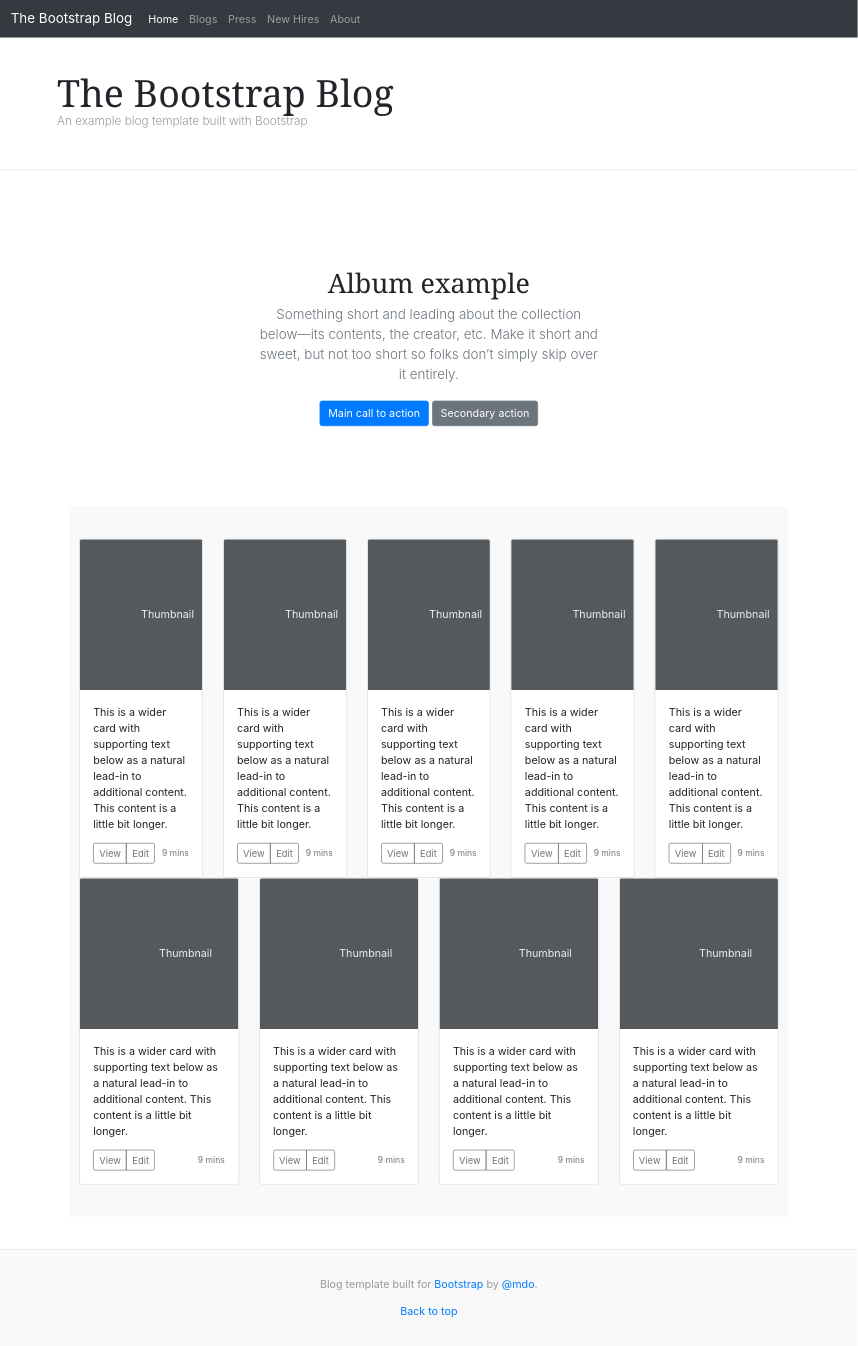
Repository: AshokSasi/CopyNPasta-Recycle-App
Page: resources/views/home/index.blade.php
The author's editor kept a copy of each file at every save. The page is drawn from the files as they stood at one save, then again after the next save.
The browser window is 1280 px wide. The pictures show the whole page, at 67% of full size.
The page is served by the project's Laravel application, run on PHP 8.4 with Laravel 8. Other server files are loaded and not shown. The template is opened directly, without the code that normally fills it, so the values that code supplies are empty.

Above is the page before, as saved 2021-09-25 11:19:44.

### routes/web.php
<?php


Route::get('/','HomeController@index');

Route::get('/posts/index','PostsController@index');

Route::get('/posts/create','PostsController@create');

Route::post('/posts','PostsController@store');


Route::get('/posts/{post}','PostsController@show');

Route::post('/posts/{post}/comments','CommentsController@store');

### resources/views/home/index.blade.php
@extends('layouts.master')

@section('content')



<main>

  <section class="py-5 text-center container">
    <div class="row py-lg-5">
      <div class="col-lg-6 col-md-8 mx-auto">
        <h1 class="fw-light">Album example</h1>
        <p class="lead text-muted">Something short and leading about the collection below—its contents, the creator, etc. Make it short and sweet, but not too short so folks don’t simply skip over it entirely.</p>
        <p>
          <a href="#" class="btn btn-primary my-2">Main call to action</a>
          <a href="#" class="btn btn-secondary my-2">Secondary action</a>
        </p>
      </div>
    </div>
  </section>

  <div class="album py-5 bg-light">
    <div class="container">

      <div class="row row-cols-1 row-cols-sm-2 row-cols-md-3 g-3">
        <div class="col">
          <div class="card shadow-sm">
            <svg class="bd-placeholder-img card-img-top" width="100%" height="225" xmlns="http://www.w3.org/2000/svg" role="img" aria-label="Placeholder: Thumbnail" preserveAspectRatio="xMidYMid slice" focusable="false"><title>Placeholder</title><rect width="100%" height="100%" fill="#55595c"/><text x="50%" y="50%" fill="#eceeef" dy=".3em">Thumbnail</text></svg>

            <div class="card-body">
              <p class="card-text">This is a wider card with supporting text below as a natural lead-in to additional content. This content is a little bit longer.</p>
              <div class="d-flex justify-content-between align-items-center">
                <div class="btn-group">
                  <button type="button" class="btn btn-sm btn-outline-secondary">View</button>
                  <button type="button" class="btn btn-sm btn-outline-secondary">Edit</button>
                </div>
                <small class="text-muted">9 mins</small>
              </div>
            </div>
          </div>
        </div>
        <div class="col">
          <div class="card shadow-sm">
            <svg class="bd-placeholder-img card-img-top" width="100%" height="225" xmlns="http://www.w3.org/2000/svg" role="img" aria-label="Placeholder: Thumbnail" preserveAspectRatio="xMidYMid slice" focusable="false"><title>Placeholder</title><rect width="100%" height="100%" fill="#55595c"/><text x="50%" y="50%" fill="#eceeef" dy=".3em">Thumbnail</text></svg>

            <div class="card-body">
              <p class="card-text">This is a wider card with supporting text below as a natural lead-in to additional content. This content is a little bit longer.</p>
              <div class="d-flex justify-content-between align-items-center">
                <div class="btn-group">
                  <button type="button" class="btn btn-sm btn-outline-secondary">View</button>
                  <button type="button" class="btn btn-sm btn-outline-secondary">Edit</button>
                </div>
                <small class="text-muted">9 mins</small>
              </div>
            </div>
          </div>
        </div>
        <div class="col">
          <div class="card shadow-sm">
            <svg class="bd-placeholder-img card-img-top" width="100%" height="225" xmlns="http://www.w3.org/2000/svg" role="img" aria-label="Placeholder: Thumbnail" preserveAspectRatio="xMidYMid slice" focusable="false"><title>Placeholder</title><rect width="100%" height="100%" fill="#55595c"/><text x="50%" y="50%" fill="#eceeef" dy=".3em">Thumbnail</text></svg>

            <div class="card-body">
              <p class="card-text">This is a wider card with supporting text below as a natural lead-in to additional content. This content is a little bit longer.</p>
              <div class="d-flex justify-content-between align-items-center">
                <div class="btn-group">
                  <button type="button" class="btn btn-sm btn-outline-secondary">View</button>
                  <button type="button" class="btn btn-sm btn-outline-secondary">Edit</button>
                </div>
                <small class="text-muted">9 mins</small>
              </div>
            </div>
          </div>
        </div>

        <div class="col">
          <div class="card shadow-sm">
            <svg class="bd-placeholder-img card-img-top" width="100%" height="225" xmlns="http://www.w3.org/2000/svg" role="img" aria-label="Placeholder: Thumbnail" preserveAspectRatio="xMidYMid slice" focusable="false"><title>Placeholder</title><rect width="100%" height="100%" fill="#55595c"/><text x="50%" y="50%" fill="#eceeef" dy=".3em">Thumbnail</text></svg>

            <div class="card-body">
              <p class="card-text">This is a wider card with supporting text below as a natural lead-in to additional content. This content is a little bit longer.</p>
              <div class="d-flex justify-content-between align-items-center">
                <div class="btn-group">
                  <button type="button" class="btn btn-sm btn-outline-secondary">View</button>
                  <button type="button" class="btn btn-sm btn-outline-secondary">Edit</button>
                </div>
                <small class="text-muted">9 mins</small>
              </div>
            </div>
          </div>
        </div>
        <div class="col">
          <div class="card shadow-sm">
            <svg class="bd-placeholder-img card-img-top" width="100%" height="225" xmlns="http://www.w3.org/2000/svg" role="img" aria-label="Placeholder: Thumbnail" preserveAspectRatio="xMidYMid slice" focusable="false"><title>Placeholder</title><rect width="100%" height="100%" fill="#55595c"/><text x="50%" y="50%" fill="#eceeef" dy=".3em">Thumbnail</text></svg>

            <div class="card-body">
              <p class="card-text">This is a wider card with supporting text below as a natural lead-in to additional content. This content is a little bit longer.</p>
              <div class="d-flex justify-content-between align-items-center">
                <div class="btn-group">
                  <button type="button" class="btn btn-sm btn-outline-secondary">View</button>
                  <button type="button" class="btn btn-sm btn-outline-secondary">Edit</button>
                </div>
                <small class="text-muted">9 mins</small>
              </div>
            </div>
          </div>
        </div>
        <div class="col">
          <div class="card shadow-sm">
            <svg class="bd-placeholder-img card-img-top" width="100%" height="225" xmlns="http://www.w3.org/2000/svg" role="img" aria-label="Placeholder: Thumbnail" preserveAspectRatio="xMidYMid slice" focusable="false"><title>Placeholder</title><rect width="100%" height="100%" fill="#55595c"/><text x="50%" y="50%" fill="#eceeef" dy=".3em">Thumbnail</text></svg>

            <div class="card-body">
              <p class="card-text">This is a wider card with supporting text below as a natural lead-in to additional content. This content is a little bit longer.</p>
              <div class="d-flex justify-content-between align-items-center">
                <div class="btn-group">
                  <button type="button" class="btn btn-sm btn-outline-secondary">View</button>
                  <button type="button" class="btn btn-sm btn-outline-secondary">Edit</button>
                </div>
                <small class="text-muted">9 mins</small>
              </div>
            </div>
          </div>
        </div>

        <div class="col">
          <div class="card shadow-sm">
            <svg class="bd-placeholder-img card-img-top" width="100%" height="225" xmlns="http://www.w3.org/2000/svg" role="img" aria-label="Placeholder: Thumbnail" preserveAspectRatio="xMidYMid slice" focusable="false"><title>Placeholder</title><rect width="100%" height="100%" fill="#55595c"/><text x="50%" y="50%" fill="#eceeef" dy=".3em">Thumbnail</text></svg>

            <div class="card-body">
              <p class="card-text">This is a wider card with supporting text below as a natural lead-in to additional content. This content is a little bit longer.</p>
              <div class="d-flex justify-content-between align-items-center">
                <div class="btn-group">
                  <button type="button" class="btn btn-sm btn-outline-secondary">View</button>
                  <button type="button" class="btn btn-sm btn-outline-secondary">Edit</button>
                </div>
                <small class="text-muted">9 mins</small>
              </div>
            </div>
          </div>
        </div>
        <div class="col">
          <div class="card shadow-sm">
            <svg class="bd-placeholder-img card-img-top" width="100%" height="225" xmlns="http://www.w3.org/2000/svg" role="img" aria-label="Placeholder: Thumbnail" preserveAspectRatio="xMidYMid slice" focusable="false"><title>Placeholder</title><rect width="100%" height="100%" fill="#55595c"/><text x="50%" y="50%" fill="#eceeef" dy=".3em">Thumbnail</text></svg>

            <div class="card-body">
              <p class="card-text">This is a wider card with supporting text below as a natural lead-in to additional content. This content is a little bit longer.</p>
              <div class="d-flex justify-content-between align-items-center">
                <div class="btn-group">
                  <button type="button" class="btn btn-sm btn-outline-secondary">View</button>
                  <button type="button" class="btn btn-sm btn-outline-secondary">Edit</button>
                </div>
                <small class="text-muted">9 mins</small>
              </div>
            </div>
          </div>
        </div>
        <div class="col">
          <div class="card shadow-sm">
            <svg class="bd-placeholder-img card-img-top" width="100%" height="225" xmlns="http://www.w3.org/2000/svg" role="img" aria-label="Placeholder: Thumbnail" preserveAspectRatio="xMidYMid slice" focusable="false"><title>Placeholder</title><rect width="100%" height="100%" fill="#55595c"/><text x="50%" y="50%" fill="#eceeef" dy=".3em">Thumbnail</text></svg>

            <div class="card-body">
              <p class="card-text">This is a wider card with supporting text below as a natural lead-in to additional content. This content is a little bit longer.</p>
              <div class="d-flex justify-content-between align-items-center">
                <div class="btn-group">
                  <button type="button" class="btn btn-sm btn-outline-secondary">View</button>
                  <button type="button" class="btn btn-sm btn-outline-secondary">Edit</button>
                </div>
                <small class="text-muted">9 mins</small>
              </div>
            </div>
          </div>
        </div>
      </div>
    </div>
  </div>

</main>


@endsection

### resources/views/layouts/master.blade.php

<!doctype html>
<html lang="en">
  <head>
    <meta charset="utf-8">
    <meta name="viewport" content="width=device-width, initial-scale=1, shrink-to-fit=no">
    <meta name="description" content="">
    <meta name="author" content="">
    <link rel="icon" href="/docs/4.0/assets/img/favicons/favicon.ico">

    <title>The Bootstrap Blog</title>

    <link rel="canonical" href="https://getbootstrap.com/docs/4.0/examples/album/">

    <!-- Bootstrap core CSS -->
    <link rel="stylesheet" href="https://maxcdn.bootstrapcdn.com/bootstrap/4.0.0/css/bootstrap.min.css"
    integrity="sha384-Gn5384xqQ1aoWXA+058RXPxPg6fy4IWvTNh0E263XmFcJlSAwiGgFAW/dAiS6JXm" crossorigin="anonymous">

    <!-- Custom styles for this template -->
    <link href="/css/app.css" rel="stylesheet">
  </head>

  <body>

    <header>


    @include('layouts.nav')


    </header>

<div class="container p-3 p-md-5">
  <div class="row">
    @yield('content')

  </div>

</div>
@include('layouts.footer')

    <!-- Bootstrap core JavaScript
    ================================================== -->
    <!-- Placed at the end of the document so the pages load faster -->

  </body>
</html>

### resources/views/layouts/nav.blade.php
<nav class="navbar navbar-expand-lg navbar-dark bg-dark">
  <a class="navbar-brand" href="#">The Bootstrap Blog</a>
  <button class="navbar-toggler" type="button" data-toggle="collapse" data-target="#navbarSupportedContent" aria-controls="navbarSupportedContent" aria-expanded="false" aria-label="Toggle navigation">
    <span class="navbar-toggler-icon"></span>
  </button>

  <div class="collapse navbar-collapse" id="navbarSupportedContent">
    <ul class="navbar-nav mr-auto">
      <li class="nav-item active">
        <a class="nav-link" href="#">Home <span class="sr-only">(current)</span></a>
      </li>
      <li class="nav-item">
        <a class="nav-link" href="/posts/index">Blogs</a>
      </li>
      <li class="nav-item">
        <a class="nav-link" href="#">Press</a>
      </li>
      <li class="nav-item">
        <a class="nav-link" href="#">New Hires</a>
      </li>
      <li class="nav-item">
        <a class="nav-link" href="#">About</a>
      </li>


    </ul>

  </div>
</nav>

<div class="blog-header p-3 p-md-5">
  <div class="container">
    <h1 class="blog-title">The Bootstrap Blog</h1>
    <p class="lead blog-description">An example blog template built with Bootstrap</p>
  </div>
</div>

### resources/views/layouts/footer.blade.php
<footer class="blog-footer">
  <p>Blog template built for <a href="https://getbootstrap.com/">Bootstrap</a> by <a href="https://twitter.com/mdo">@mdo</a>.</p>
  <p>
    <a href="#">Back to top</a>
  </p>
</footer>

### public/css/app.css
/* stylelint-disable selector-list-comma-newline-after */

.blog-header {
    line-height: 1;
    border-bottom: 1px solid #e5e5e5;
  }

  .blog-header-logo {
    font-family: "Playfair Display", Georgia, "Times New Roman", serif;
    font-size: 2.25rem;
  }

  .blog-header-logo:hover {
    text-decoration: none;
  }

  h1,
  h2,
  h3,
  h4,
  h5,
  h6 {
    font-family: "Playfair Display", Georgia, "Times New Roman", serif;
  }

  .display-4 {
    font-size: 2.5rem;
  }

  @media (min-width: 768px) {
    .display-4 {
      font-size: 3rem;
    }
  }

  .nav-scroller {
    position: relative;
    z-index: 2;
    height: 2.75rem;
    overflow-y: hidden;
  }

  .nav-scroller .nav {
    display: -webkit-box;
    display: -ms-flexbox;
    display: flex;
    -ms-flex-wrap: nowrap;
    flex-wrap: nowrap;
    padding-bottom: 1rem;
    margin-top: -1px;
    overflow-x: auto;
    text-align: center;
    white-space: nowrap;
    -webkit-overflow-scrolling: touch;
  }

  .nav-scroller .nav-link {
    padding-top: .75rem;
    padding-bottom: .75rem;
    font-size: .875rem;
  }

  .card-img-right {
    height: 100%;
    border-radius: 0 3px 3px 0;
  }

  .flex-auto {
    -ms-flex: 0 0 auto;
    -webkit-box-flex: 0;
    flex: 0 0 auto;
  }

  .h-250 {
    height: 250px;
  }

  @media (min-width: 768px) {
    .h-md-250 {
      height: 250px;
    }
  }

  .border-top {
    border-top: 1px solid #e5e5e5;
  }

  .border-bottom {
    border-bottom: 1px solid #e5e5e5;
  }

  .box-shadow {
    -webkit-box-shadow: 0 0.25rem 0.75rem rgba(0, 0, 0, 0.05);
            box-shadow: 0 0.25rem 0.75rem rgba(0, 0, 0, 0.05);
  }

  /*
     * Blog name and description
     */

  .blog-title {
    margin-bottom: 0;
    font-size: 2rem;
    font-weight: 400;
  }

  .blog-description {
    font-size: 1.1rem;
    color: #999;
  }

  @media (min-width: 40em) {
    .blog-title {
      font-size: 3.5rem;
    }
  }

  /* Pagination */

  .blog-pagination {
    margin-bottom: 4rem;
  }

  .blog-pagination > .btn {
    border-radius: 2rem;
  }

  /*
     * Blog posts
     */

  .blog-post {
    margin-bottom: 4rem;
  }

  .blog-post-title {
    margin-bottom: .25rem;
    font-size: 2.5rem;
  }

  .blog-post-meta {
    margin-bottom: 1.25rem;
    color: #999;
  }

  /*
     * Footer
     */

  .blog-footer {
    padding: 2.5rem 0;
    color: #999;
    text-align: center;
    background-color: #f9f9f9;
    border-top: .05rem solid #e5e5e5;
  }

  .blog-footer p:last-child {
    margin-bottom: 0;
  }

/* stylelint-disable selector-list-comma-newline-after */

.blog-header {
    line-height: 1;
    border-bottom: 1px solid #e5e5e5;
  }

  .blog-header-logo {
    font-family: "Playfair Display", Georgia, "Times New Roman", serif;
    font-size: 2.25rem;
  }

  .blog-header-logo:hover {
    text-decoration: none;
  }

  h1,
  h2,
  h3,
  h4,
  h5,
  h6 {
    font-family: "Playfair Display", Georgia, "Times New Roman", serif;
  }

  .display-4 {
    font-size: 2.5rem;
  }

  @media (min-width: 768px) {
    .display-4 {
      font-size: 3rem;
    }
  }

  .nav-scroller {
    position: relative;
    z-index: 2;
    height: 2.75rem;
    overflow-y: hidden;
  }

  .nav-scroller .nav {
    display: -webkit-box;
    display: -ms-flexbox;
    display: flex;
    -ms-flex-wrap: nowrap;
    flex-wrap: nowrap;
    padding-bottom: 1rem;
    margin-top: -1px;
    overflow-x: auto;
    text-align: center;
    white-space: nowrap;
    -webkit-overflow-scrolling: touch;
  }

  .nav-scroller .nav-link {
    padding-top: .75rem;
    padding-bottom: .75rem;
    font-size: .875rem;
  }

  .card-img-right {
    height: 100%;
    border-radius: 0 3px 3px 0;
  }

  .flex-auto {
    -ms-flex: 0 0 auto;
    -webkit-box-flex: 0;
    flex: 0 0 auto;
  }

  .h-250 {
    height: 250px;
  }

  @media (min-width: 768px) {
    .h-md-250 {
      height: 250px;
    }
  }

  .border-top {
    border-top: 1px solid #e5e5e5;
  }

  .border-bottom {
    border-bottom: 1px solid #e5e5e5;
  }

  .box-shadow {
    -webkit-box-shadow: 0 0.25rem 0.75rem rgba(0, 0, 0, 0.05);
            box-shadow: 0 0.25rem 0.75rem rgba(0, 0, 0, 0.05);
  }

  /*
     * Blog name and description
     */

  .blog-title {
    margin-bottom: 0;
    font-size: 2rem;
    font-weight: 400;
  }

  .blog-description {
    font-size: 1.1rem;
    color: #999;
  }

  @media (min-width: 40em) {
    .blog-title {
      font-size: 3.5rem;
    }
  }

  /* Pagination */

  .blog-pagination {
    margin-bottom: 4rem;
  }

  .blog-pagination > .btn {
    border-radius: 2rem;
  }

  /*
     * Blog posts
     */

  .blog-post {
    margin-bottom: 4rem;
  }

  .blog-post-title {
    margin-bottom: .25rem;
    font-size: 2.5rem;
  }

  .blog-post-meta {
    margin-bottom: 1.25rem;
    color: #999;
  }

  /*
     * Footer
     */

  .blog-footer {
    padding: 2.5rem 0;
    color: #999;
    text-align: center;
    background-color: #f9f9f9;
    border-top: .05rem solid #e5e5e5;
  }

  .blog-footer p:last-child {
    margin-bottom: 0;
  }

After the next save:
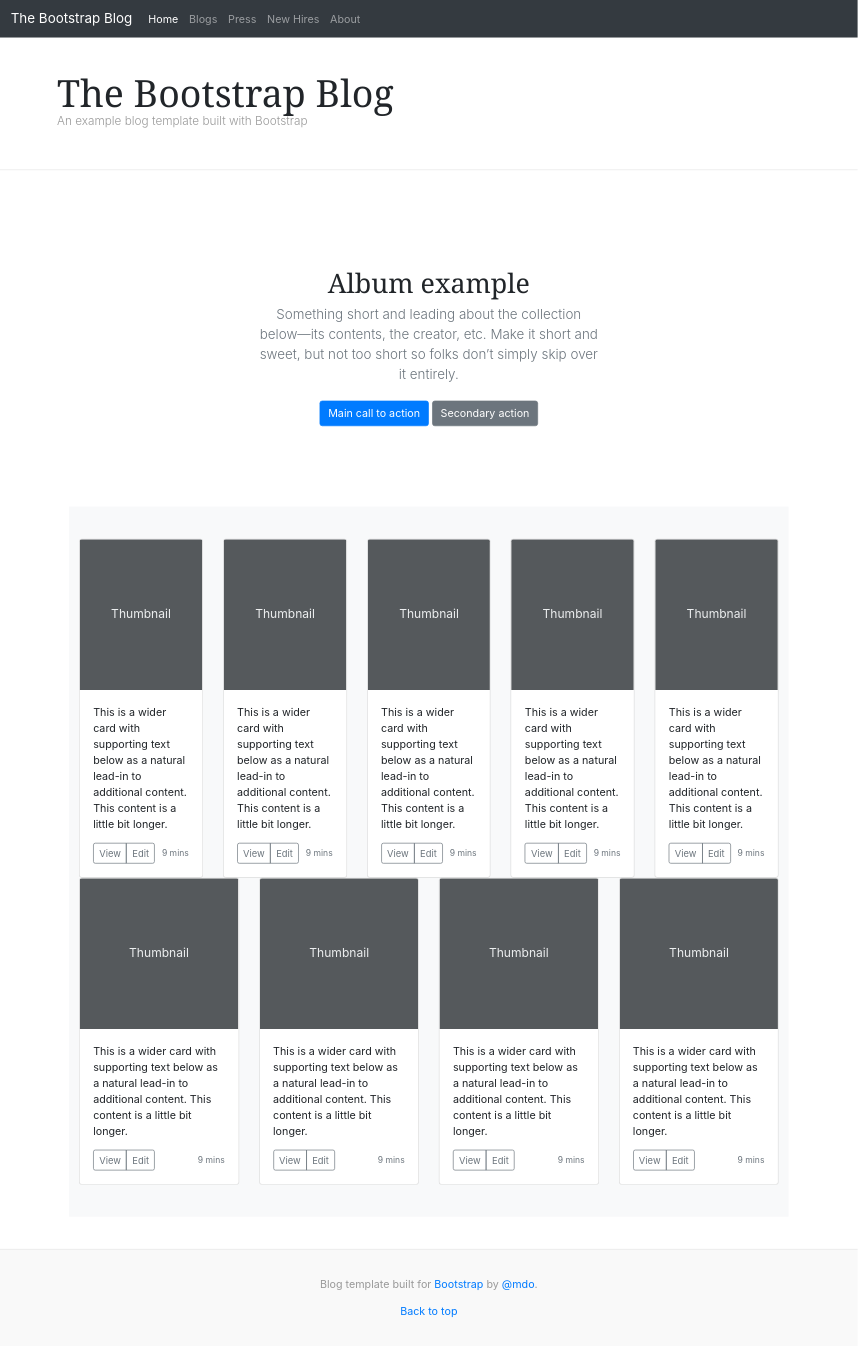
Saved 2 min 2 s later.
--- a/resources/views/home/index.blade.php
+++ b/resources/views/home/index.blade.php
@@ -3,7 +3,21 @@
 @section('content')
 
 
+<style>
+  .bd-placeholder-img {
+    font-size: 1.125rem;
+    text-anchor: middle;
+    -webkit-user-select: none;
+    -moz-user-select: none;
+    user-select: none;
+  }
 
+  @media (min-width: 768px) {
+    .bd-placeholder-img-lg {
+      font-size: 3.5rem;
+    }
+  }
+</style>
 <main>
 
   <section class="py-5 text-center container">
